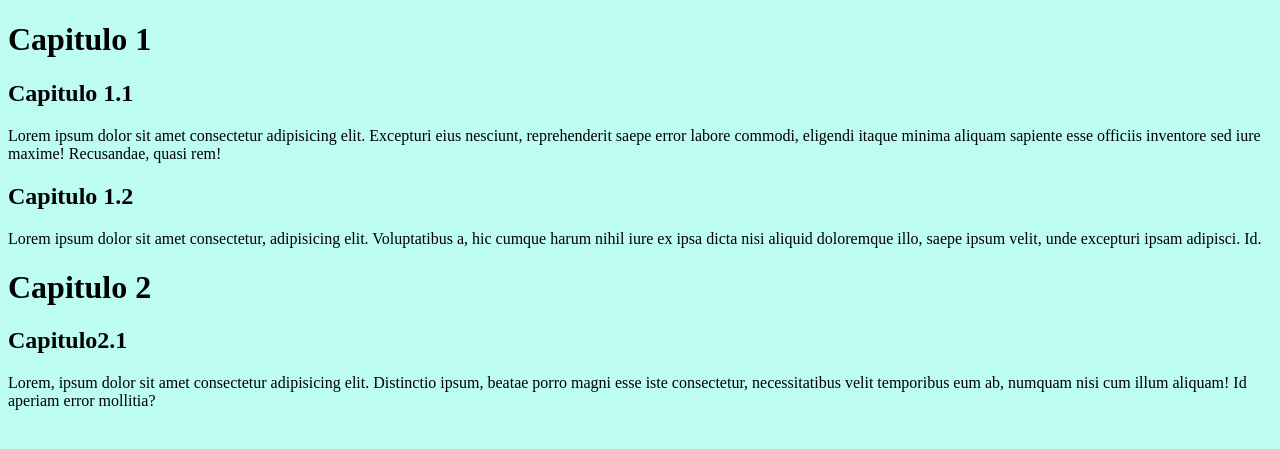
Repository: Guillermomarcon/exercicios
Page: ex013.1/index.html
An editor plug-in stored every save of this project. The page is shown before and after the next save, followed by the edit.
The browser window is 1280 px wide. The pictures show the whole page.

Above is the page before, as saved 2020-12-31 16:01:28.

### ex013.1/index.html
<!DOCTYPE html>
<html lang="pt-br">
<head>
    <meta charset="UTF-8">
    <meta name="viewport" content="width=device-width, initial-scale=1.0">
    <title>Estilos locais ou Internos</title>
    <link rel="shortcut icon" href="imagens/favicon-16x16.png" type="image/x-icon">
    <style>
        body{
           background-color: rgb(189, 252, 241);
        }

    </style>
</head>
<body>
    <h1>Capitulo 1</h1>
    <h2>Capitulo 1.1</h2>
    <p>
        Lorem ipsum dolor sit amet consectetur adipisicing elit. Excepturi eius nesciunt, reprehenderit saepe error labore commodi, eligendi itaque minima aliquam sapiente esse officiis inventore sed iure maxime! Recusandae, quasi rem!
    </p>
    <h2>Capitulo 1.2</h2>
    <p>
        Lorem ipsum dolor sit amet consectetur, adipisicing elit. Voluptatibus a, hic cumque harum nihil iure ex ipsa dicta nisi aliquid doloremque illo, saepe ipsum velit, unde excepturi ipsam adipisci. Id.
    </p>
    <h1>Capitulo 2</h1>
    <h2>Capitulo2.1</h2>
    <p>
        Lorem, ipsum dolor sit amet consectetur adipisicing elit. Distinctio ipsum, beatae porro magni esse iste consectetur, necessitatibus velit temporibus eum ab, numquam nisi cum illum aliquam! Id aperiam error mollitia?
    </p>




</body>
</html>

After the next save:
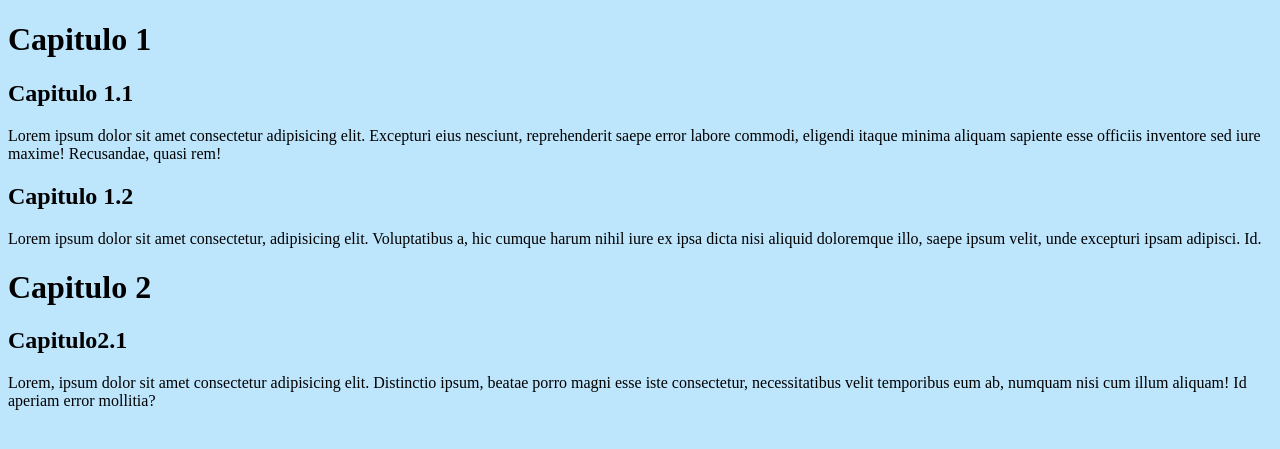
Saved 2 s later.
--- a/ex013.1/index.html
+++ b/ex013.1/index.html
@@ -7,7 +7,7 @@
     <link rel="shortcut icon" href="imagens/favicon-16x16.png" type="image/x-icon">
     <style>
         body{
-           background-color: rgb(189, 252, 241);
+           background-color: rgb(189, 229, 252);
         }
 
     </style>
